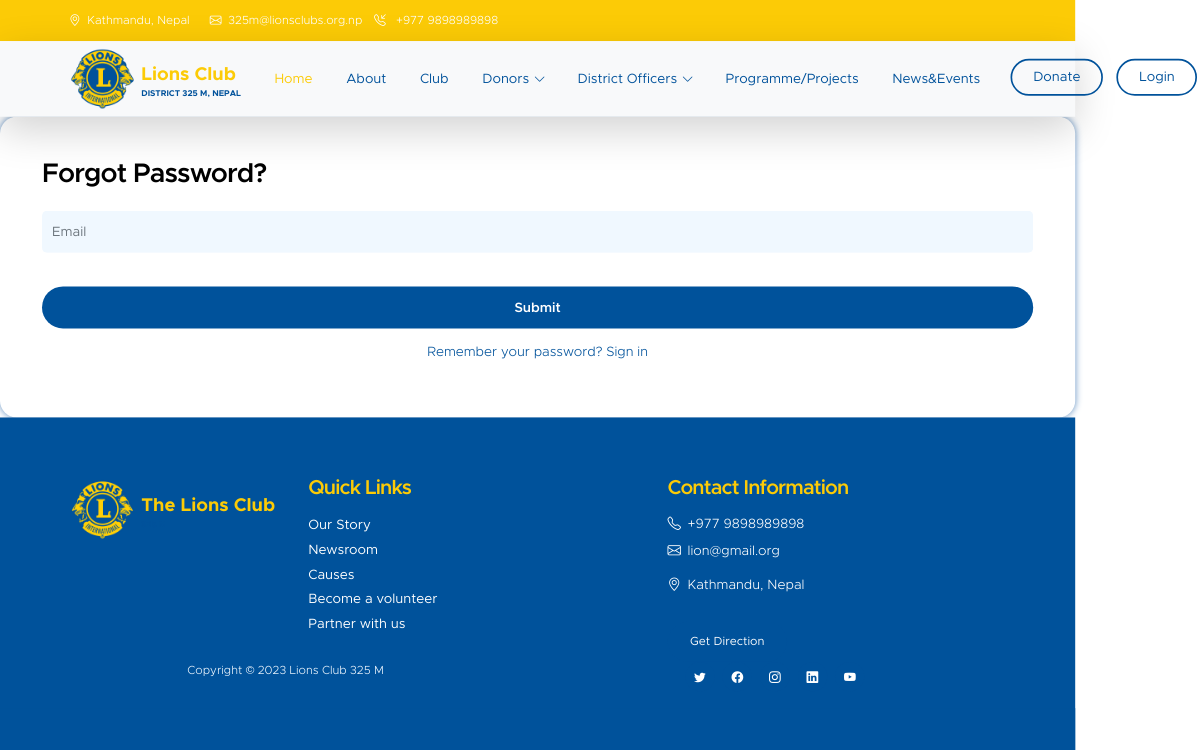
Repository: sandhya8109/Lions
Page: http://localhost/forget.php
The author's editor kept a copy of each file at every save. The page is drawn from the files as they stood at one save, then again after the next save.
The browser window is 1280 px wide. The page is 1425 px wide, so the pictures cover 1425 px, including what lies to the right of the window. The pictures show the whole page, at 84% of full size.
The page is run by PHP 8.4 with error messages shown; the project is at /var/www/html/.

Above is the page before, as saved 2023-06-18 13:55:55.
Console error: TypeError: Cannot read properties of undefined (reading 'top')

After the next save:
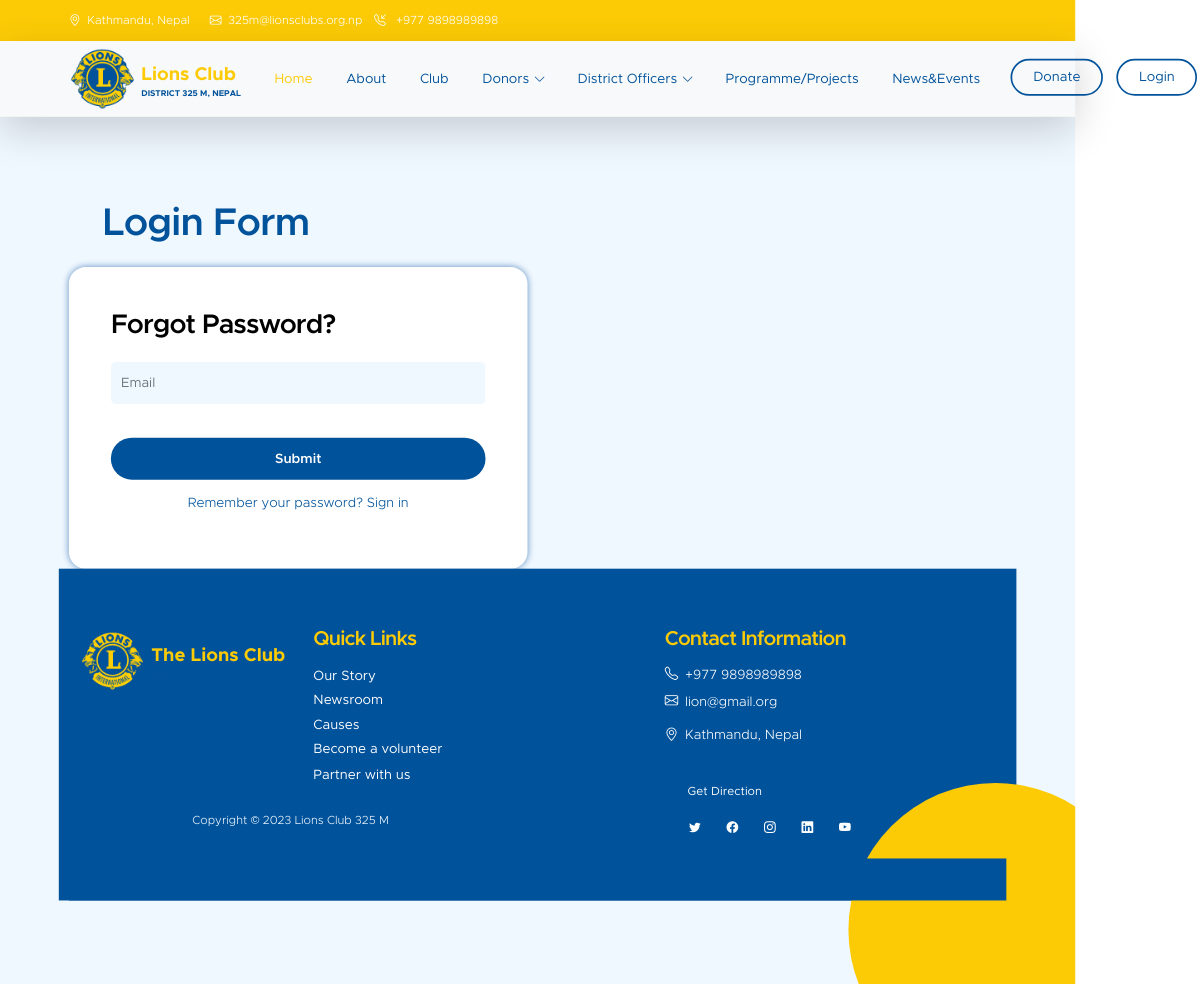
Saved 20 s later.
--- a/forget.php
+++ b/forget.php
@@ -1,28 +1,36 @@
 <?php
 include('nav.php') ?>
-<form class="custom-form volunteer-form mb-5 mb-lg-0" action="#" method="post" role="form"
-    style="box-shadow: 0 0 9px rgb(91, 139, 190);">
-    <h3 class="mb-4">Forgot Password?</h3>
+<section class="volunteer-section section-padding" id="section_4" style="background-color:var(--section-bg-color);">
+    <div class="container">
+        <div class="row">
 
-    <div class="row">
-        <div class="col-lg-12">
-            <input type="email" name="email" id="email" class="form-control" placeholder="Email" required>
-        </div>
-    </div>
+            <div class="col-lg-6 col-12">
+                <h2 class="mb-4" style="color:#00529b; padding-left:40px; ">Login Form</h2>
 
-    <div class="row mt-3">
-        <div class="col-lg-12">
-            <button type="submit" class="form-control">Submit</button>
-        </div>
-    </div>
+                <form class="custom-form volunteer-form mb-5 mb-lg-0" action="#" method="post" role="form"
+                    style="box-shadow: 0 0 9px rgb(91, 139, 190);">
+                    <h3 class="mb-4">Forgot Password?</h3>
 
-    <div class="row mt-3">
-        <div class="col-lg-12">
-            <p class="text-center">Remember your password? <a href="#">Sign in</a></p>
-        </div>
-    </div>
-</form>
+                    <div class="row">
+                        <div class="col-lg-12">
+                            <input type="email" name="email" id="email" class="form-control" placeholder="Email"
+                                required>
+                        </div>
+                    </div>
 
-</div>
-<?php
-include('footer.php') ?>
+                    <div class="row mt-3">
+                        <div class="col-lg-12">
+                            <button type="submit" class="form-control">Submit</button>
+                        </div>
+                    </div>
+
+                    <div class="row mt-3">
+                        <div class="col-lg-12">
+                            <p class="text-center">Remember your password? <a href="#">Sign in</a></p>
+                        </div>
+                    </div>
+                </form>
+
+            </div>
+            <?php
+            include('footer.php') ?>
